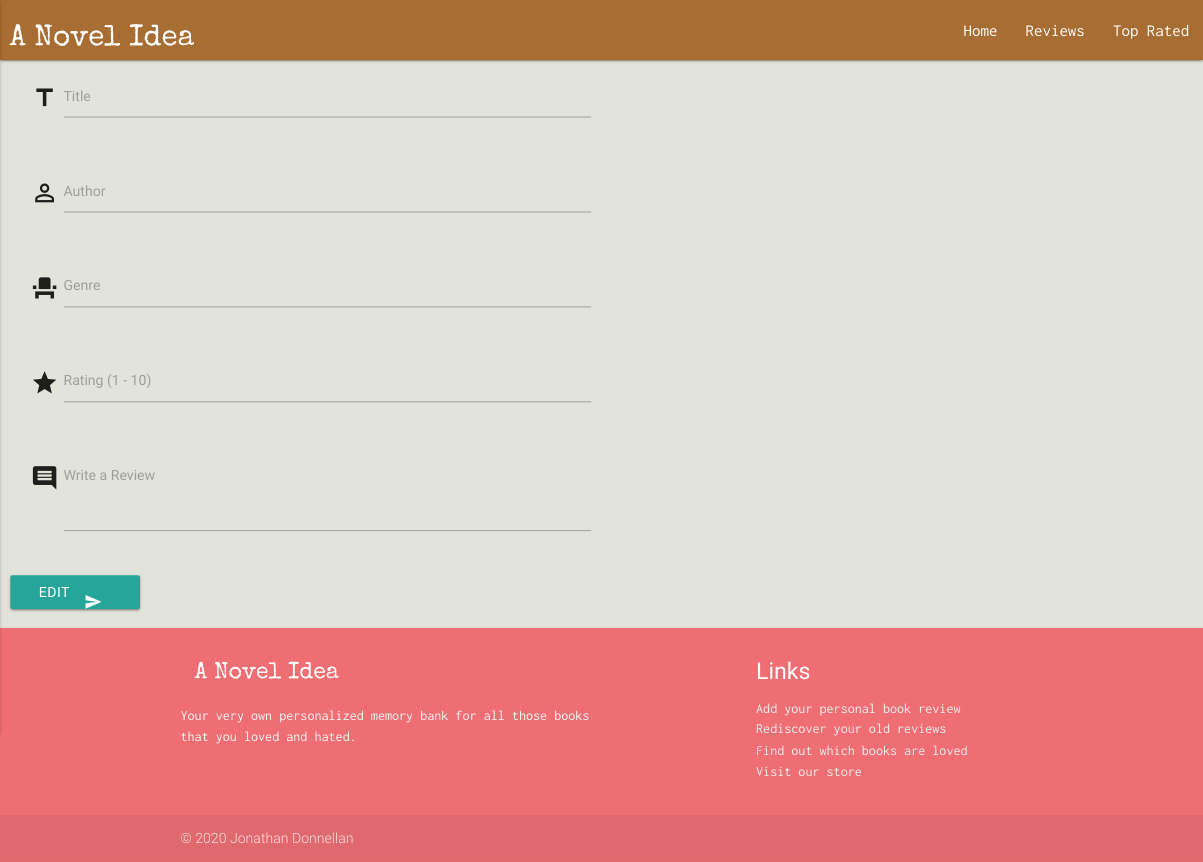
Repository: johnny-don/a-novel-idea
Page: templates/editreview.html
The author's editor kept a record of every edit. The page is drawn from the files as they stood at one moment, then again after the next edit.
The browser window is 1280 px wide. The pictures show the whole page, at 94% of full size.
Some web libraries are served in a nearby version. The page is served by the project's application, run on Flask 3 (app.py). The template is opened directly, without the code that normally fills it, so the values that code supplies are empty.

Above is the page before.

### templates/editreview.html
{% extends 'base.html' %} {% block content %}

<div class="row">
    <form action="{{url_for('submit_review') }}" method="POST" class="col s12">
      <div class="row">
        <div class="input-field col s6">
          <i class="material-icons prefix">title</i>
          <input id="title" name="title" type="text" class="materialize-textarea" value="{{review.title}}">
          <label for="icon_prefix2">Title</label>
        </div>
      </div>
       <div class="row">
        <div class="input-field col s6">
          <i class="material-icons prefix">perm_identity</i>
          <input id="author" name="author" type="text" class="materialize-textarea" value="{{review.author}}">
          <label for="icon_prefix2">Author</label>
        </div>
      </div>
       <div class="row">
        <div class="input-field col s6">
          <i class="material-icons prefix">event_seat</i>
          <input id="genre" name="genre" type="text" class="materialize-textarea" value="{{review.genre}}">
          <label for="icon_prefix2">Genre</label>
        </div>
      </div>
       <div class="row">
        <div class="input-field col s6">
          <i class="material-icons prefix">grade</i>
          <input id="rating" name="rating" type="number" class="materialize-textarea" value="{{review.rating}}">
          <label for="icon_prefix2">Rating (1 - 10)</label>
        </div>
      </div>
       <div class="row">
        <div class="input-field col s6">
          <i class="material-icons prefix">comment</i>
          <textarea id="review" name="review" type="text" class="materialize-textarea" value="{{review.review}}"></textarea>
          <label for="icon_prefix2">Write a Review</label>
        </div>
      </div>
      <button class="btn waves-effect waves-light" type="submit" name="action">Edit
    <i class="material-icons right">send</i>
  </button>

    </form>
  </div>



{% endblock %}

### templates/base.html
<!DOCTYPE html>
<html lang="en">

<head>
    <meta charset="UTF-8">
    <meta name="viewport" content="width=device-width, initial-scale=1.0">
    <meta http-equiv="X-UA-Compatible" content="ie=edge">
    <link rel="stylesheet" href="{{url_for('static', filename='css/style.css')}}" type="text/css"/>
    <link href="https://fonts.googleapis.com/icon?family=Material+Icons" rel="stylesheet">
    <link rel="stylesheet" href="https://cdnjs.cloudflare.com/ajax/libs/materialize/0.100.2/css/materialize.min.css">
    <link href="https://fonts.googleapis.com/css?family=Special+Elite&display=swap" rel="stylesheet">


    <title>A Novel Idea</title>
</head>

<body>
      <header>
        <nav class="nav-foot">
            <div class="nav-wrapper">
                <a href="{{url_for('add_review')}}" class=" brand brand-logo">A Novel Idea</a>
                <a href="#" data-activates="mobile-demo" class="button-collapse"><i class="material-icons">menu</i></a>
                <ul id="nav-mobile" class="right hide-on-med-and-down">
                    <li><a href="{{url_for('add_review')}}" class="text-font menu-link">Home</a></li>
                    <li><a href="{{url_for('get_reviews')}}" class="text-font menu-link">Reviews</a></li>
                    <li><a href="{{url_for('top_rated')}}" class="text-font menu-link">Top Rated</a></li>
                </ul>
                <ul class="side-nav" id="mobile-demo">
                     <li><a href="{{url_for('add_review')}}" class="text-font">Home</a></li>
                    <li><a href="{{url_for('get_reviews')}}" class="text-font">Reviews</a></li>
                    <li><a href="{{url_for('top_rated')}}" class="text-font">Top Rated</a></li>
                </ul>
            </div>
        </nav>
    </header>

    {% block content %}
    {% endblock %}


    <footer class="page-footer nav-foot">
          <div class="container">
            <div class="row">
              <div class="col l6 s12">
                <h5 class="white-text brand">A Novel Idea</h5>
                <p class="grey-text text-lighten-4 text-font">Your very own personalized memory bank for all those books that you loved and hated. </p>
              </div>
              <div class="col l4 offset-l2 s12">
                <h5 class="white-text">Links</h5>
                <ul>

                  <li><a class="grey-text text-lighten-3 text-font" href="{{url_for('add_review')}}">Add your personal book review</a></li>
                  <li><a class="grey-text text-lighten-3 text-font" href="{{url_for('get_reviews')}}">Rediscover your old reviews</a></li>
                  <li><a class="grey-text text-lighten-3 text-font" href="{{url_for('top_rated')}}">Find out which books are loved</a></li>
                  <li><a class="grey-text text-lighten-3 text-font" href="https://last-bookshop.business.site/">Visit our store</a></li>

                </ul>
              </div>
            </div>
          </div>
          <div class="footer-copyright">
            <div class="container">
            © 2020 Jonathan Donnellan

            </div>
          </div>
        </footer>








    <script src="https://cdnjs.cloudflare.com/ajax/libs/jquery/3.2.1/jquery.min.js"></script>
    <script src="https://cdnjs.cloudflare.com/ajax/libs/materialize/0.100.2/js/materialize.min.js"></script>
    <script type="text/javascript">
        $(document).ready(function() {
            $('.collapsible').collapsible();
            $(".button-collapse").sideNav();
            $('.slider').slider();
        });
    </script>
</body>

</html>

### app.py
import os
from flask import Flask, render_template, redirect, request, url_for, request
from flask_pymongo import PyMongo
from bson.objectid import ObjectId


app = Flask(__name__)
app.config["MONGO_DBNAME"] = 'novel_idea'
app.config["MONGO_URI"] = 'mongodb+srv://johnny_don:2gardensmon@cluster0-kzp63.mongodb.net/novel_idea?retryWrites=true&w=majority'


mongo = PyMongo(app)


@app.route('/')


@app.route('/get_reviews')
def get_reviews():
    return render_template("reviews.html", reviews=mongo.db.info.find())

@app.route('/add_review')
def add_review():
    return render_template('addreview.html')

@app.route('/submit_review', methods=['POST'])
def submit_review():
    info = mongo.db.info
    info.insert_one(request.form.to_dict())
    return redirect(url_for('get_reviews'))

@app.route('/edit_review/<review_id>')
def edit_review(review_id):
    the_review = mongo.db.info.find_one({"_id": ObjectId(review_id)})
    return render_template('editreview.html', review=the_review)


@app.route('/update_review/<review_id>', methods=["POST"])
def update_review(review_id):
    reviews=mongo.db.info
    reviews.update( {'_id': ObjectId(review_id)},
    {
        'title':request.form.get('title'),
        'author':request.form.get('author'),
        'genre':request.form.get('genre'),
        'rating':int(request.form.get('rating')),
        'review':request.form.get('review')
    })

    return redirect(url_for('get_reviews'))

@app.route('/delete_review/<review_id>')
def delete_review(review_id):
    mongo.db.info.remove({'_id': ObjectId(review_id)})
    return redirect(url_for('get_reviews'))



@app.route('/top_rated')
def top_rated():
    return render_template("toprated.html", ratings=mongo.db.info.find().sort("rating", -1))





if __name__ == '__main__':
    app.run(host=os.environ.get('IP'),
            port=int(os.environ.get('PORT')),
            debug=True)

### static/css/style.css
@import url('https://fonts.googleapis.com/css?family=Special+Elite&display=swap');
@import url('https://fonts.googleapis.com/css?family=Inconsolata&display=swap');
@import url('https://fonts.googleapis.com/css?family=Inconsolata&display=swap');

/* buttons */

body {
        background-color: #e2e3da;
}


.btn-small {
    margin-left: 15px;
    margin-top: 10px;
    margin-bottom: 10px;
    margin-right: 10px;
    padding: 5px;
    background-color: #a86d32;
    color: white;
    font-family: 'Inconsolata', monospace;
}

/* fonts */

.brand {
   font-family: 'Special Elite', cursive;
   margin: 10px;
   padding: 5px;
}

.headline {
   font-family: 'Special Elite', cursive;
    font-weight: bold;
    color: #a86d32;
}


.text-font {
    font-family: 'Inconsolata', monospace;
}

/* navbar */

.brand {
   font-family: 'Special Elite', cursive;
   margin: 10px;
   padding: 5px;
}

.menu-link {
    font-size: larger;

}

.nav-foot {

    background-color: #a86d32;
}

/* footer */

.page-footer {
    padding-top: 20px;
    color: white;
    background-color: #a86d32;
}

/* icons */

.material-icons {
    margin: 10px;

}

After the next edit:
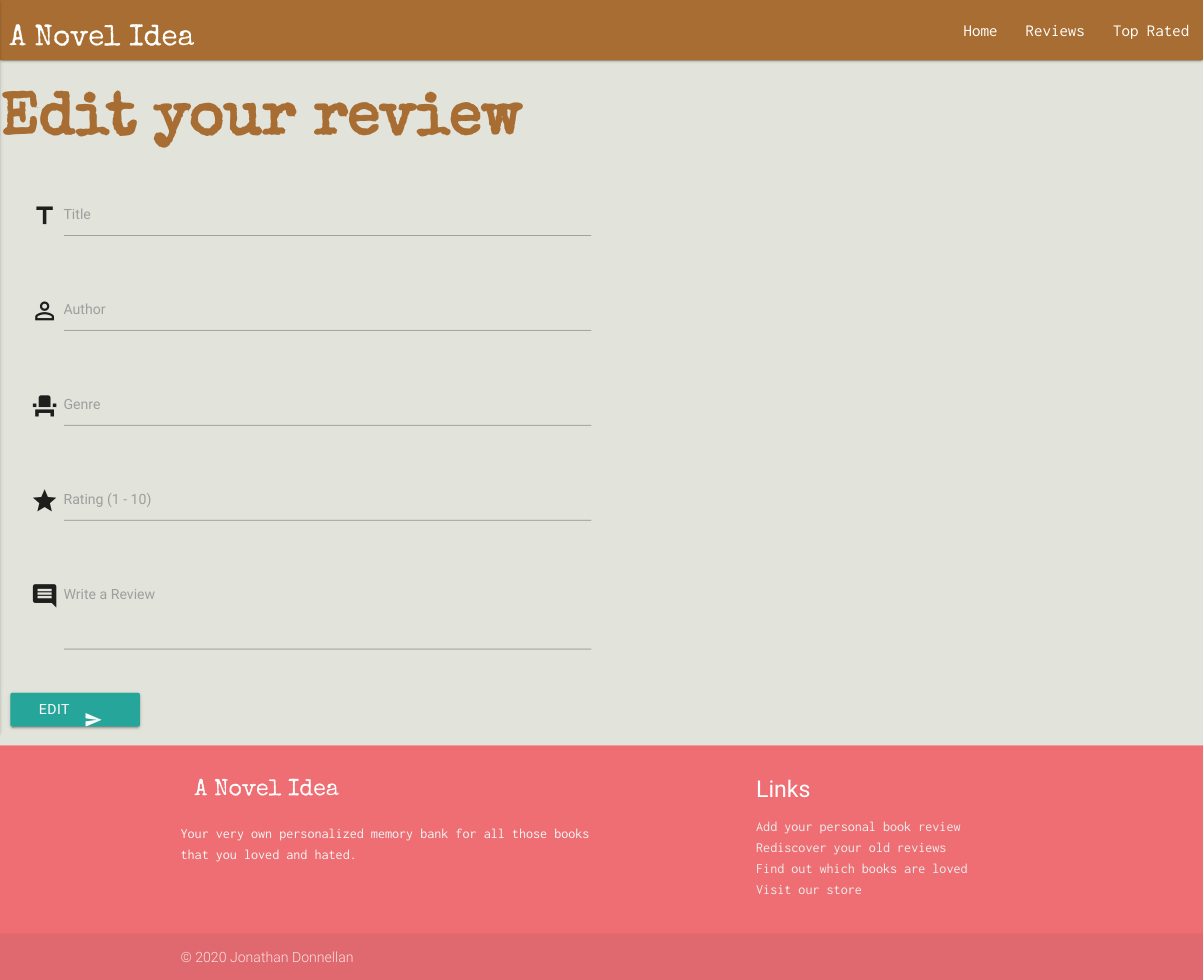
The edit:
--- a/templates/editreview.html
+++ b/templates/editreview.html
@@ -1,7 +1,9 @@
 {% extends 'base.html' %} {% block content %}
 
+<h1 class="headline">Edit your review</h1>
+
 <div class="row">
-    <form action="{{url_for('submit_review') }}" method="POST" class="col s12">
+    <form action="{{url_for('update_review', review_id=review._id) }}" method="POST" class="col s12">
       <div class="row">
         <div class="input-field col s6">
           <i class="material-icons prefix">title</i>
